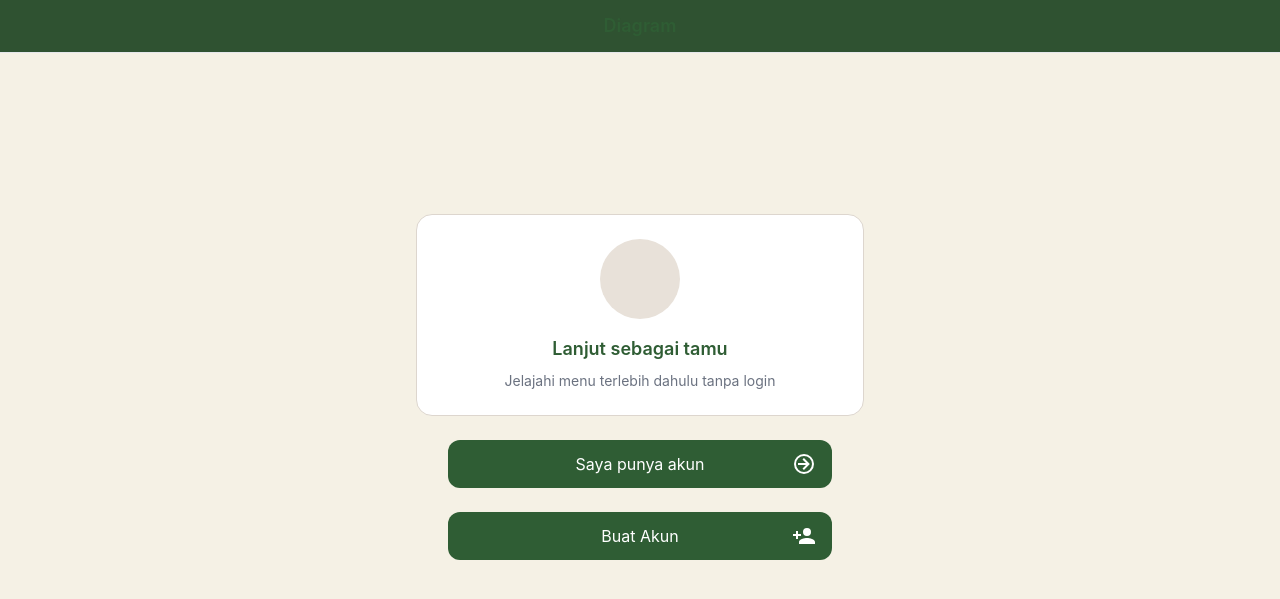
Repository: PajarAland/DiagramCoffee
Page: /
The author's editor kept a copy of each file at every save. The page is drawn from the files as they stood at one save, then again after the next save.
The browser window is 1280 px wide. The pictures show the whole page.
The page's requests for data from a server got no answer. The project was rebuilt for these pictures with package versions that can differ from the ones it lists, and the page was loaded fresh each time. Some packages were replaced by stand-ins written for this rebuild. No one was signed in, and anything a server would have sent is missing. Also part of the build but not shown: vite.config.js, src/pages/Login.jsx, src/pages/Register.jsx, src/pages/Home.jsx, src/auth/ProtectedRoute.jsx.

Above is the page before, as saved 2026-04-26 18:05:22.

After the next save:
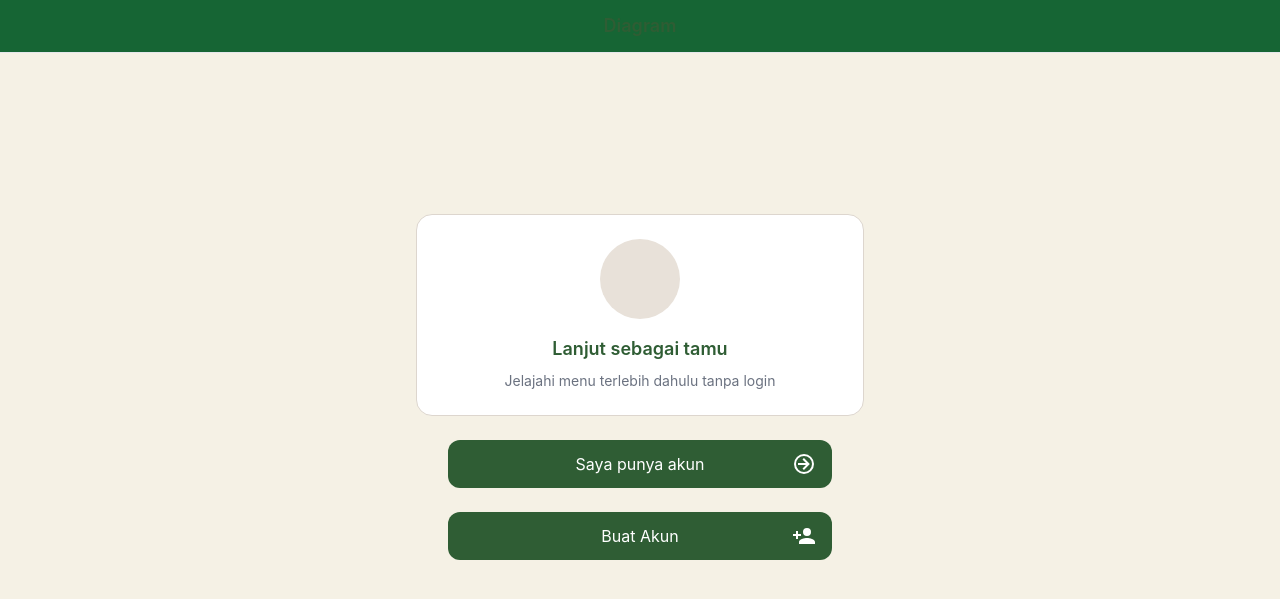
Saved 26 s later.
--- a/src/components/ui/NavBar.jsx
+++ b/src/components/ui/NavBar.jsx
@@ -4,7 +4,7 @@
     const navigate = useNavigate();
 
     return (
-        <div className="w-full bg-[#2F5231] border-b px-4 py-3 flex items-center justify-center relative">
+        <div className="w-full bg-green-800 border-b px-4 py-3 flex items-center justify-center relative">
 
         {/* Back button (optional) */}
         {showBack && (

After the 4 saves that followed:
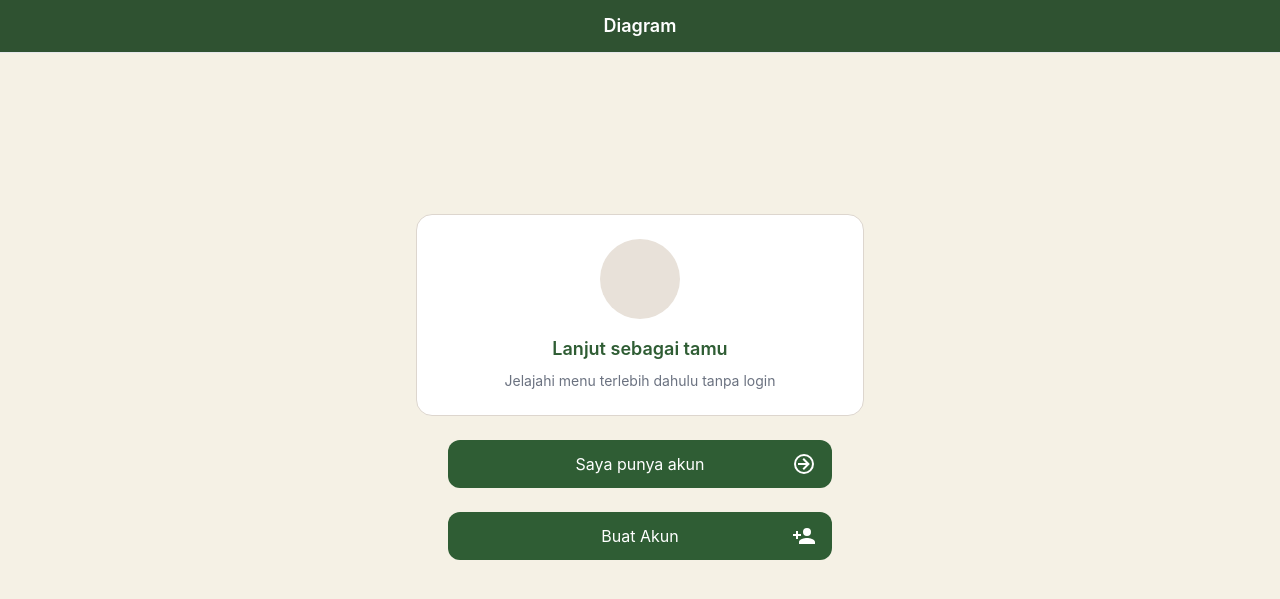
The 4 saves are shown as one change because 3 left the picture as it was.
The last was saved 8 min 17 s later.
--- a/src/pages/Landing.jsx
+++ b/src/pages/Landing.jsx
@@ -1,6 +1,6 @@
 import { useNavigate } from "react-router-dom";
 import { Link } from "react-router-dom";
-import Navbar from "../components/ui/Navbar";
+import Navbar from "../components/ui/NavBar.jsx";
 import arrowIconWhite from "../assets/mdi--arrow-right-thin-circle-outline-white.svg";
 import accountAddWhite from "../assets/mdi--account-add-white.svg";
 
--- a/src/components/ui/NavBar.jsx
+++ b/src/components/ui/NavBar.jsx
@@ -4,20 +4,20 @@
     const navigate = useNavigate();
 
     return (
-        <div className="w-full bg-green-800 border-b px-4 py-3 flex items-center justify-center relative">
+        <div className="w-full bg-[#2F5231] border-b px-4 py-3 flex items-center justify-center relative">
 
         {/* Back button (optional) */}
         {showBack && (
             <button
             onClick={() => navigate(-1)}
-            className="absolute left-4 text-[#2F5D34]"
+            className="absolute left-4 text-white"
             >
             ←
             </button>
         )}
 
         {/* Title */}
-        <h1 className="text-lg font-semibold text-[#2F5D34]">
+        <h1 className="text-lg font-semibold text-white">
             {title}
         </h1>
         </div>
